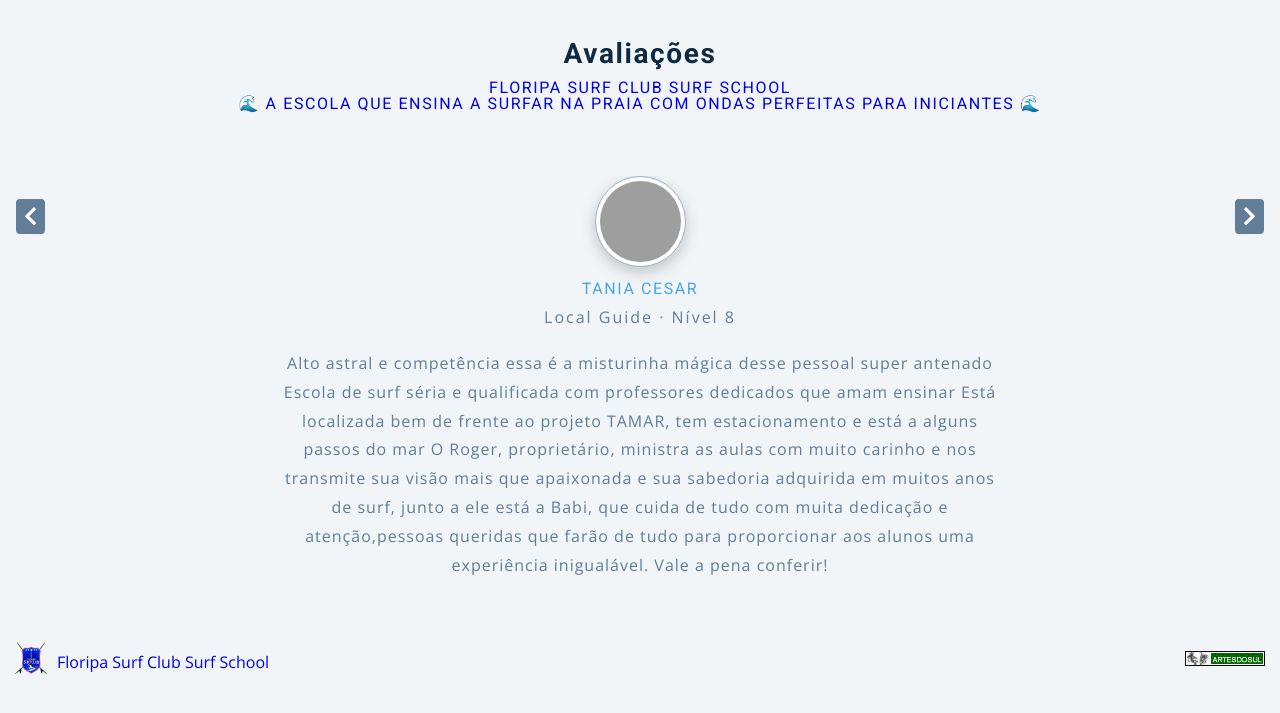
Repository: araguaci/floripasurfclub-reviews
Page: index.html
These files come from the project's save history. The page is drawn as it stood at one moment and after the next save; the edit follows.
The browser window is 1280 px wide. The pictures show the whole page.
Pictures or frames that could not be fetched are drawn as grey boxes. Some web libraries are served in a nearby version.

Above is the page before, as saved 2021-08-23 20:57:36.

After the next save:
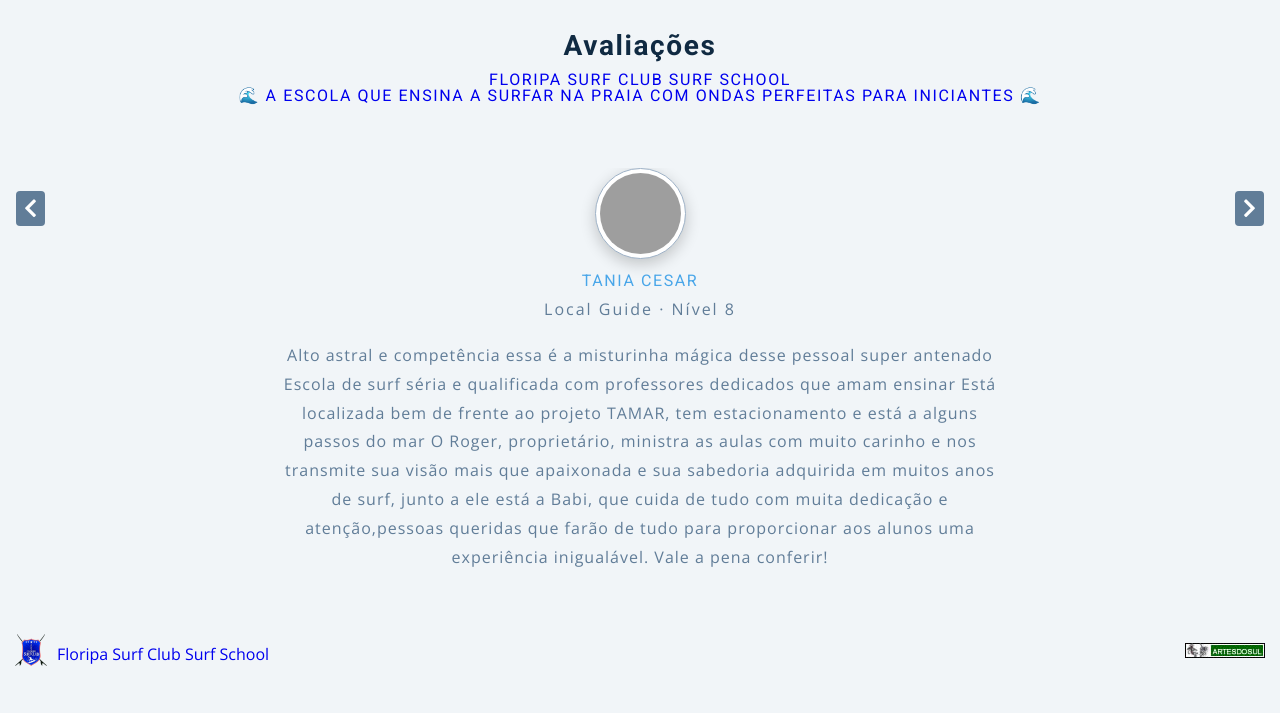
Saved 19 s later.
--- a/styles.css
+++ b/styles.css
@@ -153,7 +153,7 @@
 section {
   width: 85vw;
   margin: 0 auto;
-  margin-top: 1.5rem;
+  margin-top: 1.0rem;
   text-align: center;
   padding: 1rem 0;
   /* set relative for buttons */
